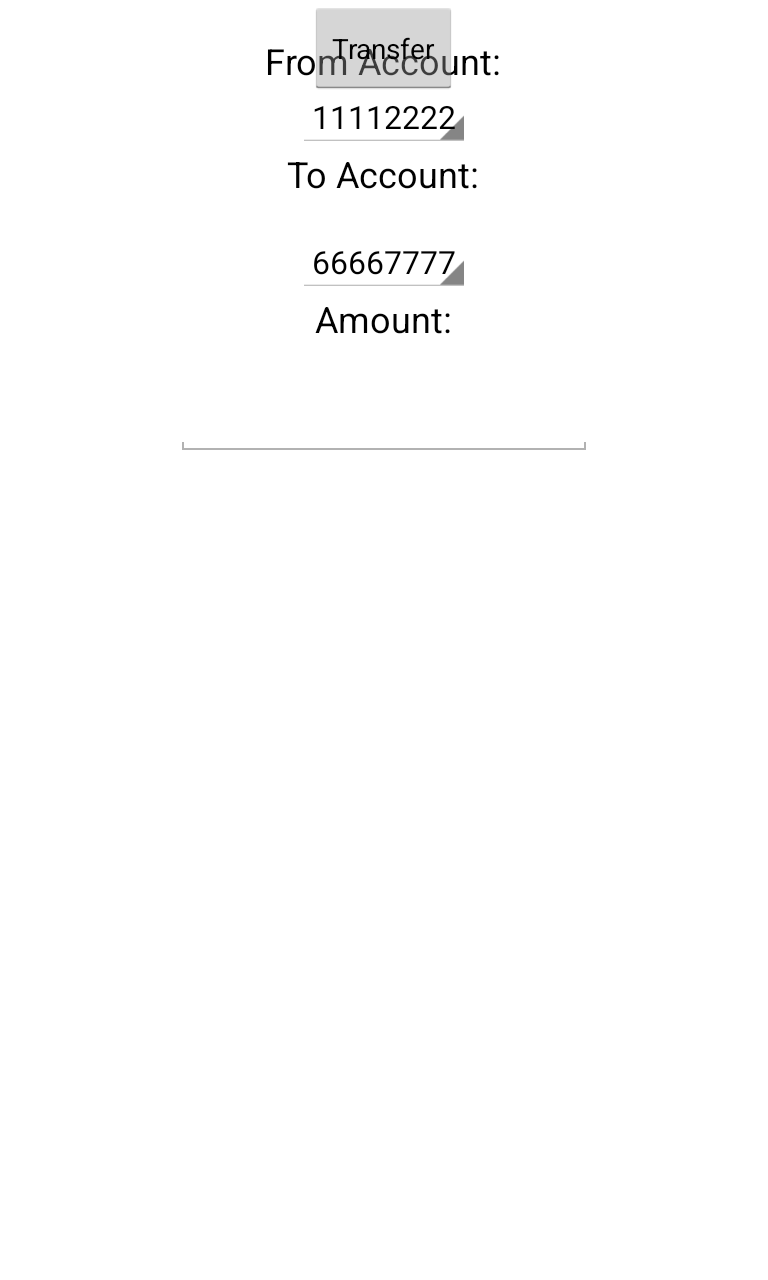
Repository: chaneyjd/android
Layout: amqtt/res/layout/activity_transfer.xml
An editor plug-in stored every save of this project. The layout is shown before and after the next save, followed by the edit.
It is drawn on a 768 x 1280 px phone screen (xhdpi) without system bars, with theme AppTheme; the app's code is not run.

Above is the layout before, as saved 2014-05-06 18:03:45.

### amqtt/res/layout/activity_transfer.xml
<RelativeLayout xmlns:android="http://schemas.android.com/apk/res/android"
    xmlns:tools="http://schemas.android.com/tools"
    android:layout_width="match_parent"
    android:layout_height="300dp"
    android:paddingLeft="@dimen/activity_horizontal_margin"
    tools:context=".TransferActivity" >

    <TextView
        android:id="@+id/textView1"
        android:layout_width="wrap_content"
        android:layout_height="wrap_content"
        android:layout_alignParentTop="true"
        android:layout_centerHorizontal="true"
        android:layout_marginTop="18dp"
        android:text="From Account:"
        android:textAppearance="?android:attr/textAppearanceMedium" />

    <Spinner
        android:id="@+id/spinner1"
        android:layout_width="wrap_content"
        android:layout_height="wrap_content"
        android:layout_below="@+id/textView1"
        android:layout_centerHorizontal="true"
        android:entries="@array/From_Account" />

    <TextView
        android:id="@+id/textView2"
        android:layout_width="wrap_content"
        android:layout_height="wrap_content"
        android:layout_below="@+id/spinner1"
        android:layout_centerHorizontal="true"
        android:text="To Account:"
        android:textAppearance="?android:attr/textAppearanceMedium" />

    <Spinner
        android:id="@+id/spinner2"
        android:layout_width="wrap_content"
        android:layout_height="wrap_content"
        android:layout_alignLeft="@+id/spinner1"
        android:layout_below="@+id/textView2"
        android:layout_marginTop="16dp"
        android:entries="@array/To_Account" />

    <TextView
        android:id="@+id/textView3"
        android:layout_width="wrap_content"
        android:layout_height="wrap_content"
        android:layout_below="@+id/spinner2"
        android:layout_centerHorizontal="true"
        android:text="Amount:"
        android:textAppearance="?android:attr/textAppearanceMedium" />

    <EditText
        android:id="@+id/editText1"
        android:layout_width="wrap_content"
        android:layout_height="wrap_content"
        android:layout_below="@+id/textView3"
        android:layout_centerHorizontal="true"
        android:layout_marginTop="18dp"
        android:ems="10" />

    <Button
        android:id="@+id/button2"
        style="?android:attr/buttonStyleSmall"
        android:layout_width="wrap_content"
        android:layout_height="wrap_content"
        android:layout_alignParentBottom="false"
        android:layout_centerHorizontal="true"
        android:onClick="transfer"
        android:text="Transfer" />

</RelativeLayout>

### amqtt/res/values/strings.xml
<?xml version="1.0" encoding="utf-8"?>
<resources>

    <string name="app_name">Citi MQTT</string>
    <string name="action_settings">Settings</string>
    <string name="hello_world">Output:</string>
    <string name="button_action_connect">Connect</string>
    <string name="host_name">vm-3b11-b25f.nam.nsroot.net</string>
    <string name="button_action_disconnect">Disconnect</string>
    <string name="title_activity_main_activity_notify">MainActivityNotify</string>
    <string name="Host_Hint">Enter Host Name Here</string>

    <string-array name="From_Account">
        <item>11112222</item>
        <item>22223333</item>
        <item>33334444</item>
        <item>44445555</item>
    </string-array>
    <string-array name="To_Account">
        <item>66667777</item>
        <item>77778888</item>
        <item>88889999</item>
        <item>99990000</item>
    </string-array>

    <string name="title_activity_fullscreen">FullscreenActivity</string>
    <string name="dummy_button">Dummy Button</string>
    <string name="dummy_content">DUMMY\nCONTENT</string>
    <string name="title_activity_transfer">TransferActivity</string>

</resources>

Loaded but not shown: amqtt/res/values/styles.xml (common file); amqtt/res/values-v11/styles.xml (common file); amqtt/res/values-v14/styles.xml (common file); amqtt/res/values/dimens.xml (common file)

After the next save:
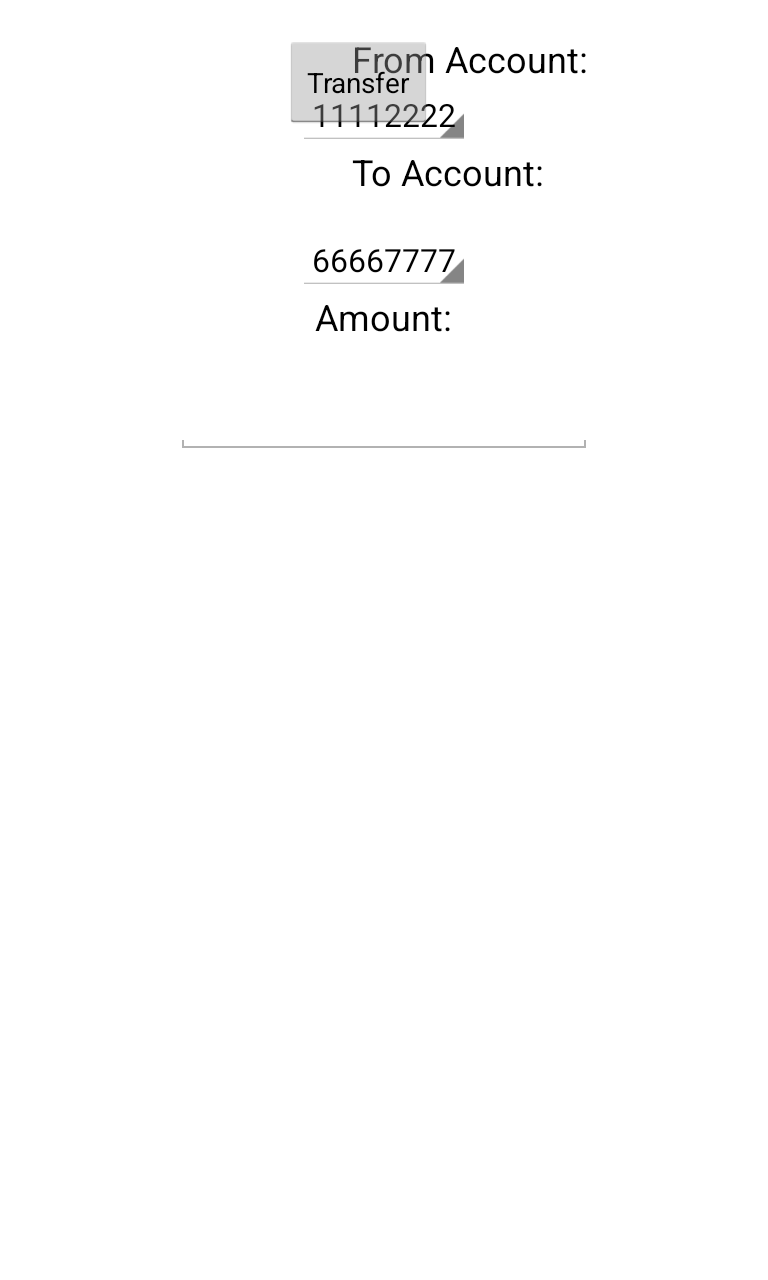
Saved 47 s later.
--- a/amqtt/res/layout/activity_transfer.xml
+++ b/amqtt/res/layout/activity_transfer.xml
@@ -4,16 +4,6 @@
     android:layout_height="300dp"
     android:paddingLeft="@dimen/activity_horizontal_margin"
     tools:context=".TransferActivity" >
-
-    <TextView
-        android:id="@+id/textView1"
-        android:layout_width="wrap_content"
-        android:layout_height="wrap_content"
-        android:layout_alignParentTop="true"
-        android:layout_centerHorizontal="true"
-        android:layout_marginTop="18dp"
-        android:text="From Account:"
-        android:textAppearance="?android:attr/textAppearanceMedium" />
 
     <Spinner
         android:id="@+id/spinner1"
@@ -22,15 +12,6 @@
         android:layout_below="@+id/textView1"
         android:layout_centerHorizontal="true"
         android:entries="@array/From_Account" />
-
-    <TextView
-        android:id="@+id/textView2"
-        android:layout_width="wrap_content"
-        android:layout_height="wrap_content"
-        android:layout_below="@+id/spinner1"
-        android:layout_centerHorizontal="true"
-        android:text="To Account:"
-        android:textAppearance="?android:attr/textAppearanceMedium" />
 
     <Spinner
         android:id="@+id/spinner2"
@@ -41,6 +22,46 @@
         android:layout_marginTop="16dp"
         android:entries="@array/To_Account" />
 
+    <EditText
+        android:id="@+id/editText1"
+        android:layout_width="wrap_content"
+        android:layout_height="wrap_content"
+        android:layout_below="@+id/textView3"
+        android:layout_centerHorizontal="true"
+        android:layout_marginTop="18dp"
+        android:ems="10" />
+
+    <TextView
+        android:id="@+id/textView1"
+        android:layout_width="wrap_content"
+        android:layout_height="wrap_content"
+        android:layout_alignLeft="@+id/spinner1"
+        android:layout_alignParentTop="true"
+        android:layout_marginLeft="28dp"
+        android:layout_marginTop="17dp"
+        android:text="From Account:"
+        android:textAppearance="?android:attr/textAppearanceMedium" />
+
+    <Button
+        android:id="@+id/button2"
+        style="?android:attr/buttonStyleSmall"
+        android:layout_width="wrap_content"
+        android:layout_height="wrap_content"
+        android:layout_alignRight="@+id/spinner1"
+        android:layout_alignTop="@+id/textView1"
+        android:layout_marginRight="19dp"
+        android:onClick="transfer"
+        android:text="Transfer" />
+
+    <TextView
+        android:id="@+id/textView2"
+        android:layout_width="wrap_content"
+        android:layout_height="wrap_content"
+        android:layout_alignLeft="@+id/textView1"
+        android:layout_below="@+id/spinner1"
+        android:text="To Account:"
+        android:textAppearance="?android:attr/textAppearanceMedium" />
+
     <TextView
         android:id="@+id/textView3"
         android:layout_width="wrap_content"
@@ -50,23 +71,4 @@
         android:text="Amount:"
         android:textAppearance="?android:attr/textAppearanceMedium" />
 
-    <EditText
-        android:id="@+id/editText1"
-        android:layout_width="wrap_content"
-        android:layout_height="wrap_content"
-        android:layout_below="@+id/textView3"
-        android:layout_centerHorizontal="true"
-        android:layout_marginTop="18dp"
-        android:ems="10" />
-
-    <Button
-        android:id="@+id/button2"
-        style="?android:attr/buttonStyleSmall"
-        android:layout_width="wrap_content"
-        android:layout_height="wrap_content"
-        android:layout_alignParentBottom="false"
-        android:layout_centerHorizontal="true"
-        android:onClick="transfer"
-        android:text="Transfer" />
-
 </RelativeLayout>
